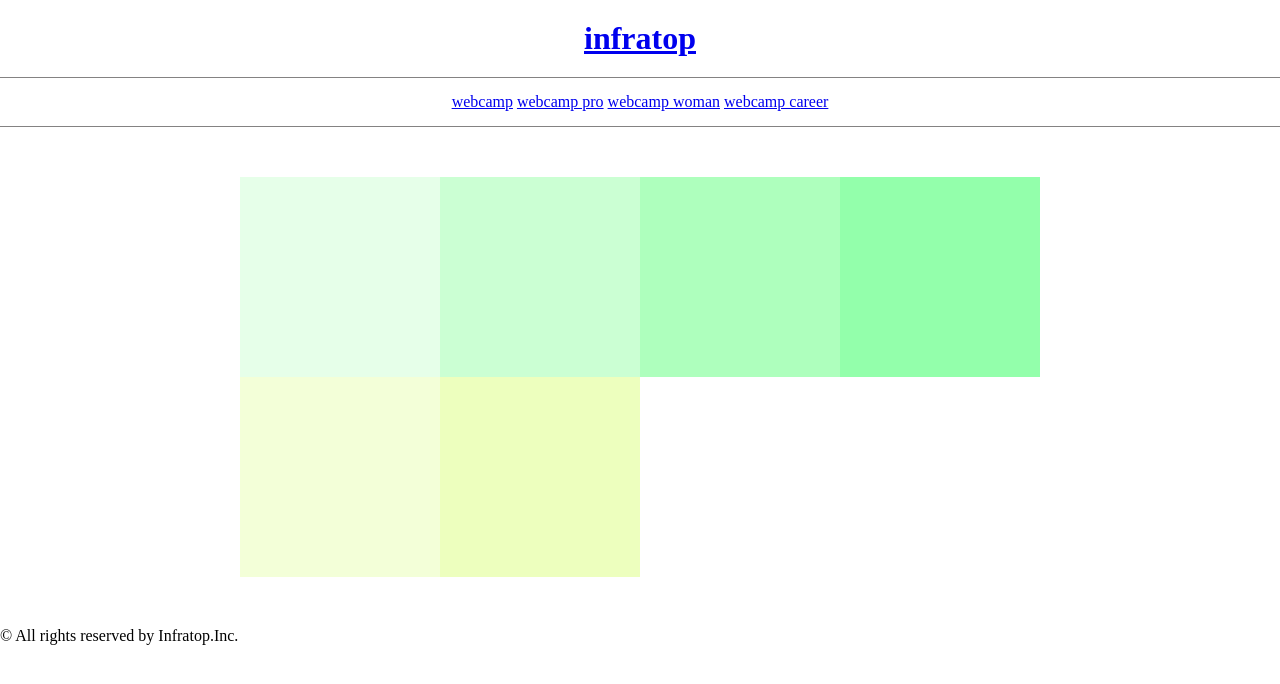
Repository: katayama-Web/html-practice
Page: chapter5_exsersize/chapter5_exesersize.html
The author's editor kept a record of every edit. The page is drawn from the files as they stood at one moment, then again after the next edit.
The browser window is 1280 px wide. The pictures show the whole page.

Above is the page before.

After the next edit:
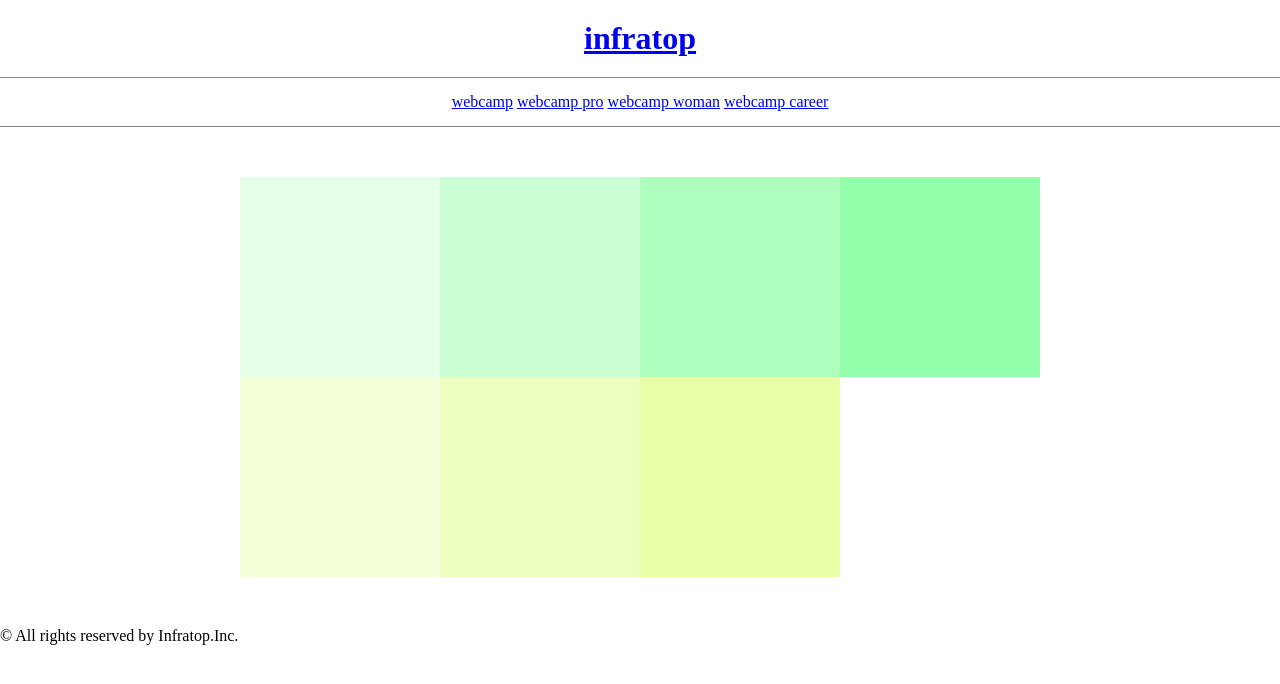
The edit:
--- a/chapter5_exsersize/chapter5_exsersize.css
+++ b/chapter5_exsersize/chapter5_exsersize.css
@@ -70,5 +70,11 @@
 .box7 {
   width: 200px;
   height: 200px;
+  background-color: #e9ffa5;
+}
+
+.box8 {
+  width: 200px;
+  height: 200px;
   background-color: #;
 }
